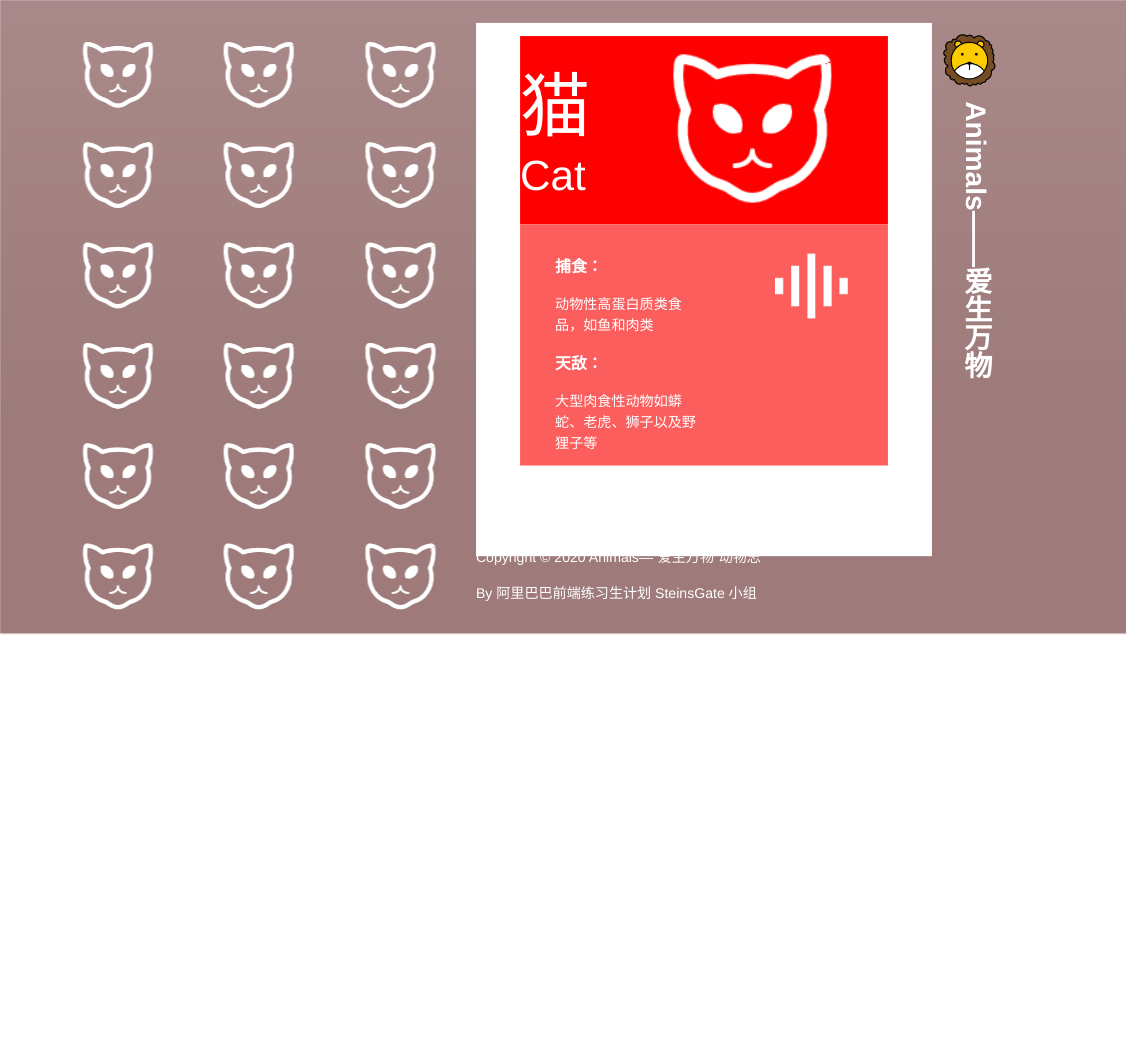
Repository: Whiskeyi/Animals
Page: /
An editor plug-in stored every save of this project. The page is shown before and after the next save, followed by the edit.
The browser window is 1280 px wide. The pictures show the whole page, at 88% of full size.
The project was rebuilt for these pictures with package versions that can differ from the ones it lists, and the page was loaded fresh each time.

Above is the page before, as saved 2021-11-16 00:25:23.

After the next save:
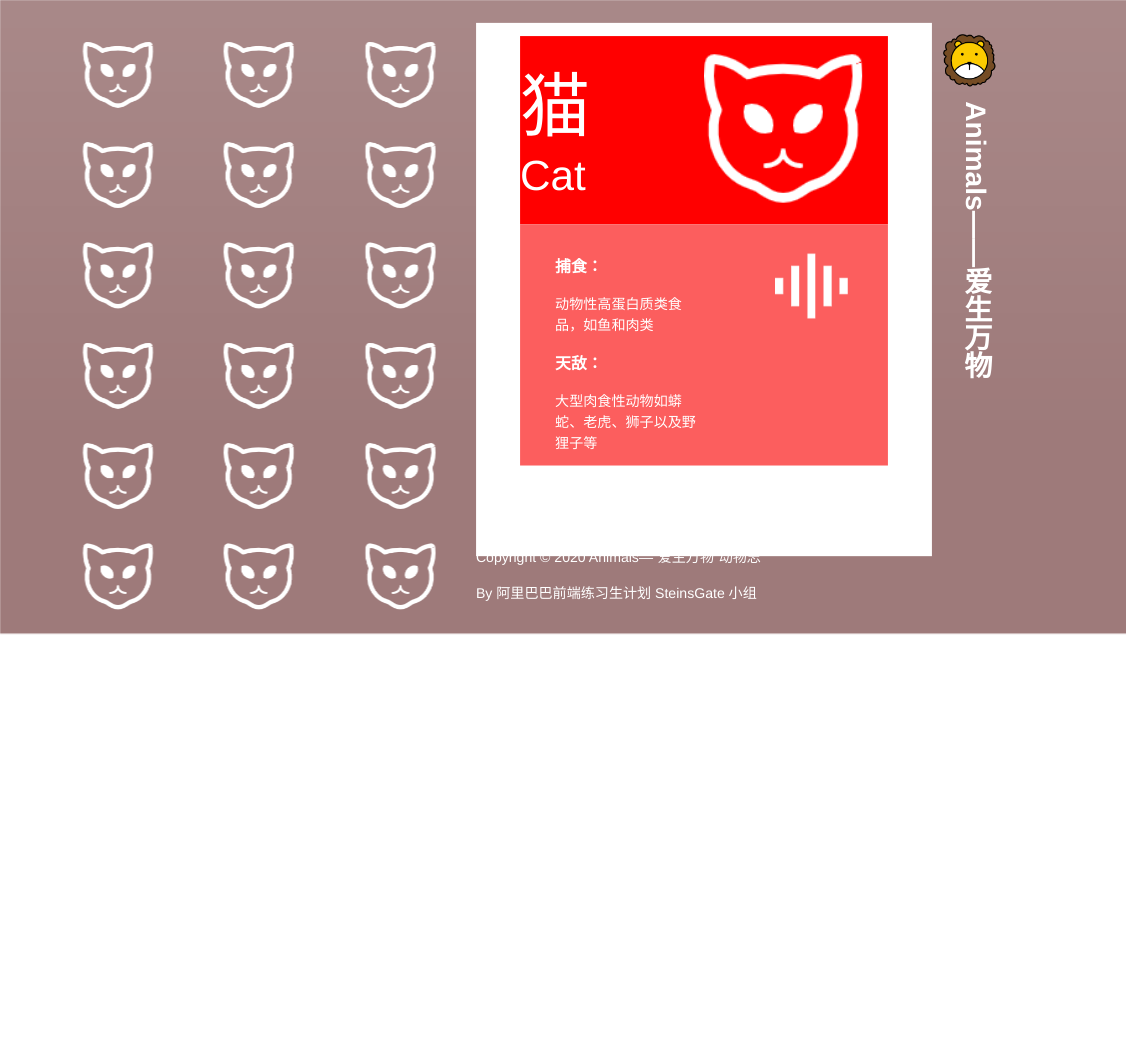
Saved 5 s later.
--- a/src/components/Info/Introduce/index.vue
+++ b/src/components/Info/Introduce/index.vue
@@ -1,11 +1,11 @@
 <template>
   <div class="introduce">
       <el-row class="intContainer">
-          <el-col :span="10">
+          <el-col :span="12">
               <div class="title">猫</div>
               <div class="subTitle">Cat</div>
           </el-col>
-          <el-col :span="14">
+          <el-col :span="12">
             <el-image class="logo" alt="logo" :src="require('@/icons/animals/cat.png')"></el-image>
           </el-col>
       </el-row>
